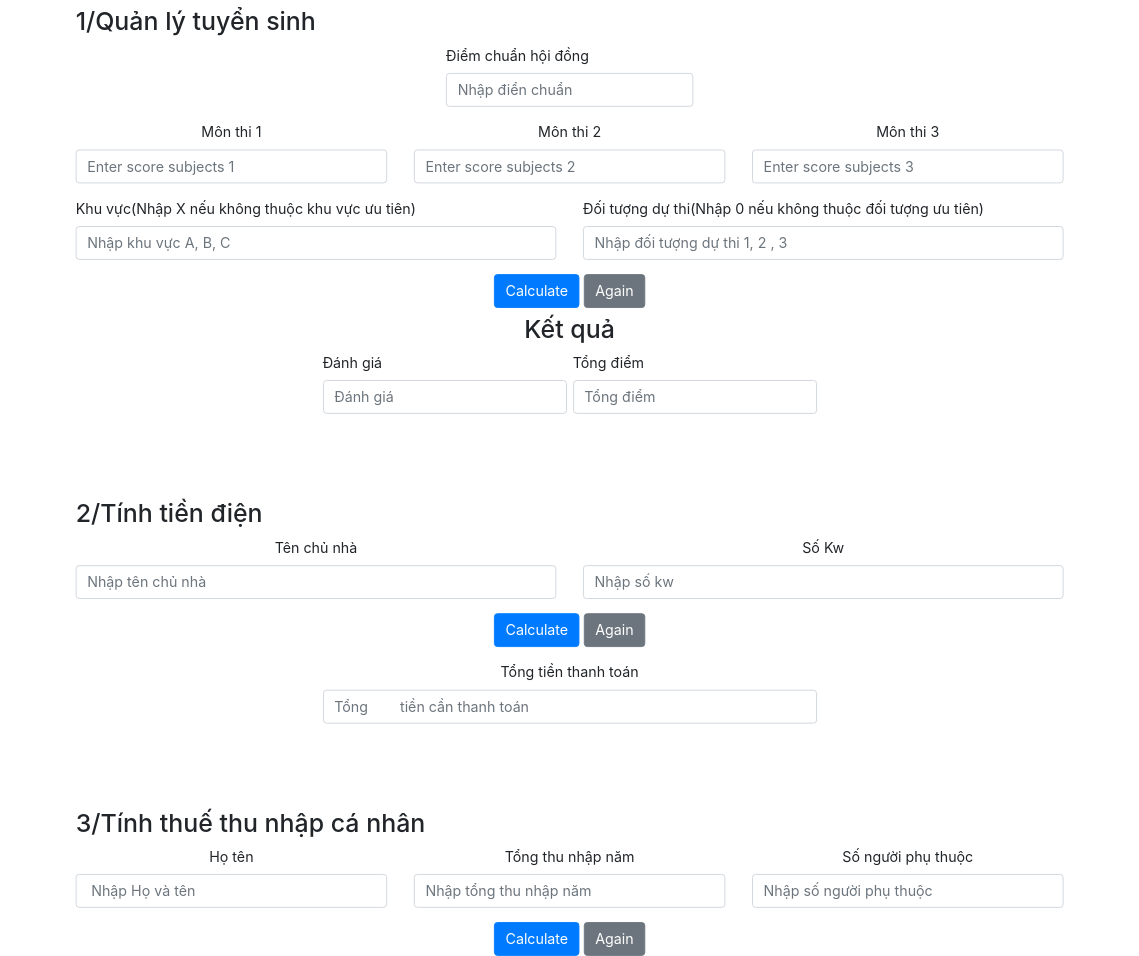
Repository: baobaodeveloper/bootcamp21__jsbasic4_HuynhAnhBao
Page: index.html
An editor plug-in stored every save of this project. The page is shown before and after the next save, followed by the edit.
The browser window is 1280 px wide. The pictures show the whole page, at 89% of full size.

Above is the page before, as saved 2022-03-13 20:34:57.

### index.html
<!DOCTYPE html>
<html lang="en">
  <head>
    <title>Exercise3</title>
    <!-- Required meta tags -->
    <meta charset="utf-8" />
    <meta
      name="viewport"
      content="width=device-width, initial-scale=1, shrink-to-fit=no"
    />

    <!-- Bootstrap CSS -->
    <link
      rel="stylesheet"
      href="https://stackpath.bootstrapcdn.com/bootstrap/4.3.1/css/bootstrap.min.css"
      integrity="sha384-ggOyR0iXCbMQv3Xipma34MD+dH/1fQ784/j6cY/iJTQUOhcWr7x9JvoRxT2MZw1T"
      crossorigin="anonymous"
    />
  </head>
  <body>
    <!-- 1/Quản lý tuyển sinh -->
    <div class="container mt-2">
      <h3>1/Quản lý tuyển sinh</h3>

      <div class="mb-3 w-25 m-auto">
        <label>Điểm chuẩn hội đồng</label>
        <input
          type="number"
          class="form-control"
          id="score"
          placeholder="Nhập điển chuẩn"
        />
      </div>

      <div class="row mt-3 text-center">
        <div class="col">
          <label>Môn thi 1</label>
          <input
            type="number"
            class="form-control"
            id="score1"
            placeholder="Enter score subjects 1"
          />
        </div>
        <div class="col">
          <label>Môn thi 2</label>
          <input
            type="number"
            class="form-control"
            id="score2"
            placeholder="Enter score subjects 2"
          />
        </div>
        <div class="col">
          <label>Môn thi 3</label>
          <input
            type="number"
            class="form-control"
            id="score3"
            placeholder="Enter score subjects 3"
          />
        </div>
      </div>

      <div class="row mt-3">
        <div class="col">
          <label>Khu vực(Nhập X nếu không thuộc khu vực ưu tiên)</label>
          <input
            type="text"
            class="form-control"
            placeholder="Nhập khu vực A, B, C"
            id="area"
          />
        </div>
        <div class="col">
          <label
            >Đối tượng dự thi(Nhập 0 nếu không thuộc đối tượng ưu tiên)</label
          >
          <input
            type="number"
            class="form-control"
            placeholder="Nhập đối tượng dự thi 1, 2 , 3"
            id="object"
          />
        </div>
      </div>

      <div class="text-center mt-3">
        <button type="button" class="btn btn-primary" id="scoreBtn">
          Calculate
        </button>
        <button type="button" class="btn btn-secondary" id="score-btn-again">
          Again
        </button>
      </div>

      <h3 class="text-center mt-2">Kết quả</h3>

      <div class="mb-3 w-50 d-flex m-auto justify-content-between">
        <div>
          <label>Đánh giá</label>
          <input
            type="email"
            class="form-control"
            placeholder="Đánh giá"
            id="evaluate"
          />
        </div>

        <div>
          <label>Tổng điểm</label>
          <input
            type="email"
            class="form-control"
            placeholder="Tổng điểm"
            id="total-score"
          />
        </div>
      </div>
    </div>

    <!-- 2/Tính tiền điện -->
    <div class="container mt-lg-5 pt-5">
      <h3>2/Tính tiền điện</h3>
      <div class="row text-center">
        <div class="col">
          <label class="form-label">Tên chủ nhà</label>
          <input
            type="text"
            class="form-control"
            id="host"
            placeholder="Nhập tên chủ nhà"
          />
        </div>
        <div class="col">
          <label class="form-label">Số Kw</label>
          <input
            type="number"
            id="number-kw"
            class="form-control"
            placeholder="Nhập số kw"
          />
        </div>
      </div>

      <div class="text-center mt-3">
        <button type="button" class="btn btn-primary" id="electricBill">
          Calculate
        </button>
        <button type="button" class="btn btn-secondary" id="electricbill-again">
          Again
        </button>
      </div>

      <div class="w-50 m-auto pt-3 text-center">
        <label class="form-label">Tổng tiền thanh toán</label>
        <input
          type="text"
          class="form-control"
          id="total-pay"
          placeholder="Tổng
        tiền cần thanh toán"
        />
      </div>
    </div>

    <!-- 3/Tính thuế thu nhập cá nhân -->
    <div class="container mt-lg-5 pt-5">
      <h3>3/Tính thuế thu nhập cá nhân</h3>
      <div class="row text-center">
        <div class="col">
          <label class="form-label">Họ tên</label>
          <input
            type="text"
            class="form-control"
            id="host"
            placeholder=" Nhập Họ và tên"
          />
        </div>
        <div class="col">
          <label class="form-label">Tổng thu nhập năm</label>
          <input
            type="number"
            id="number-kw"
            class="form-control"
            placeholder="Nhập tổng thu nhập năm"
          />
        </div>
        <div class="col">
          <label class="form-label">Số người phụ thuộc</label>
          <input
            type="number"
            id="number-kw"
            class="form-control"
            placeholder="Nhập số người phụ thuộc"
          />
        </div>
      </div>

      <div class="text-center mt-3">
        <button type="button" class="btn btn-primary" id="electricBill">
          Calculate
        </button>
        <button type="button" class="btn btn-secondary" id="electricbill-again">
          Again
        </button>
      </div>
    </div>
    <!-- Optional JavaScript -->
    <!-- jQuery first, then Popper.js, then Bootstrap JS -->
    <script
      src="https://code.jquery.com/jquery-3.3.1.slim.min.js"
      integrity="sha384-q8i/X+965DzO0rT7abK41JStQIAqVgRVzpbzo5smXKp4YfRvH+8abtTE1Pi6jizo"
      crossorigin="anonymous"
    ></script>
    <script
      src="https://cdnjs.cloudflare.com/ajax/libs/popper.js/1.14.7/umd/popper.min.js"
      integrity="sha384-UO2eT0CpHqdSJQ6hJty5KVphtPhzWj9WO1clHTMGa3JDZwrnQq4sF86dIHNDz0W1"
      crossorigin="anonymous"
    ></script>
    <script
      src="https://stackpath.bootstrapcdn.com/bootstrap/4.3.1/js/bootstrap.min.js"
      integrity="sha384-JjSmVgyd0p3pXB1rRibZUAYoIIy6OrQ6VrjIEaFf/nJGzIxFDsf4x0xIM+B07jRM"
      crossorigin="anonymous"
    ></script>

    <!-- <script src="exercise1.js"></script> -->
    <script src="exercise2.js"></script>
  </body>
</html>

### exercise2.js
const host = document.getElementById("host");
const numberKw = document.getElementById("number-kw");
const calculateElectricBill = document.getElementById("electricBill");
const calculateElectricBillAgain =
  document.getElementById("electricbill-again");
const totalPay = document.getElementById("total-pay");

calculateElectricBill.addEventListener("click", () => {
  if (!host || !numberKw || numberKw < 0) return;
  const numberKwValue = +numberKw.value;
  const totalMoneyPay = calculatekw(numberKwValue);
  console.log(totalMoneyPay);
  totalPay.value = `${host.value} bạn phải thanh toán ${Intl.NumberFormat(
    "vi-VN",
    {
      style: "currency",
      currency: "VND",
    }
  ).format(totalMoneyPay)}`;
});

const calculatekw = (numKw) => {
  if (numKw <= 50) {
    return numKw * 500;
  } else if (numKw <= 100) {
    return 50 * 500 + (numKw - 50) * 650;
  } else if (numKw <= 200) {
    return 50 * (500 + 650) + (numKw - 100) * 850;
  } else if (numKw <= 350) {
    return 50 * (500 + 650) + 100 * 850 + (numKw - 200) * 1100;
  } else {
    return 50 * (500 + 650) + 100 * 850 + 150 * 1100 + (numKw - 350) * 1300;
  }
};

calculateElectricBillAgain.addEventListener("click", () => {
  totalPay.value = "";
  host.value = "";
  numberKw.value = "";
});

Loaded but not shown: exercise3.js (no stored copy; drawn as an empty file)

After the next save:
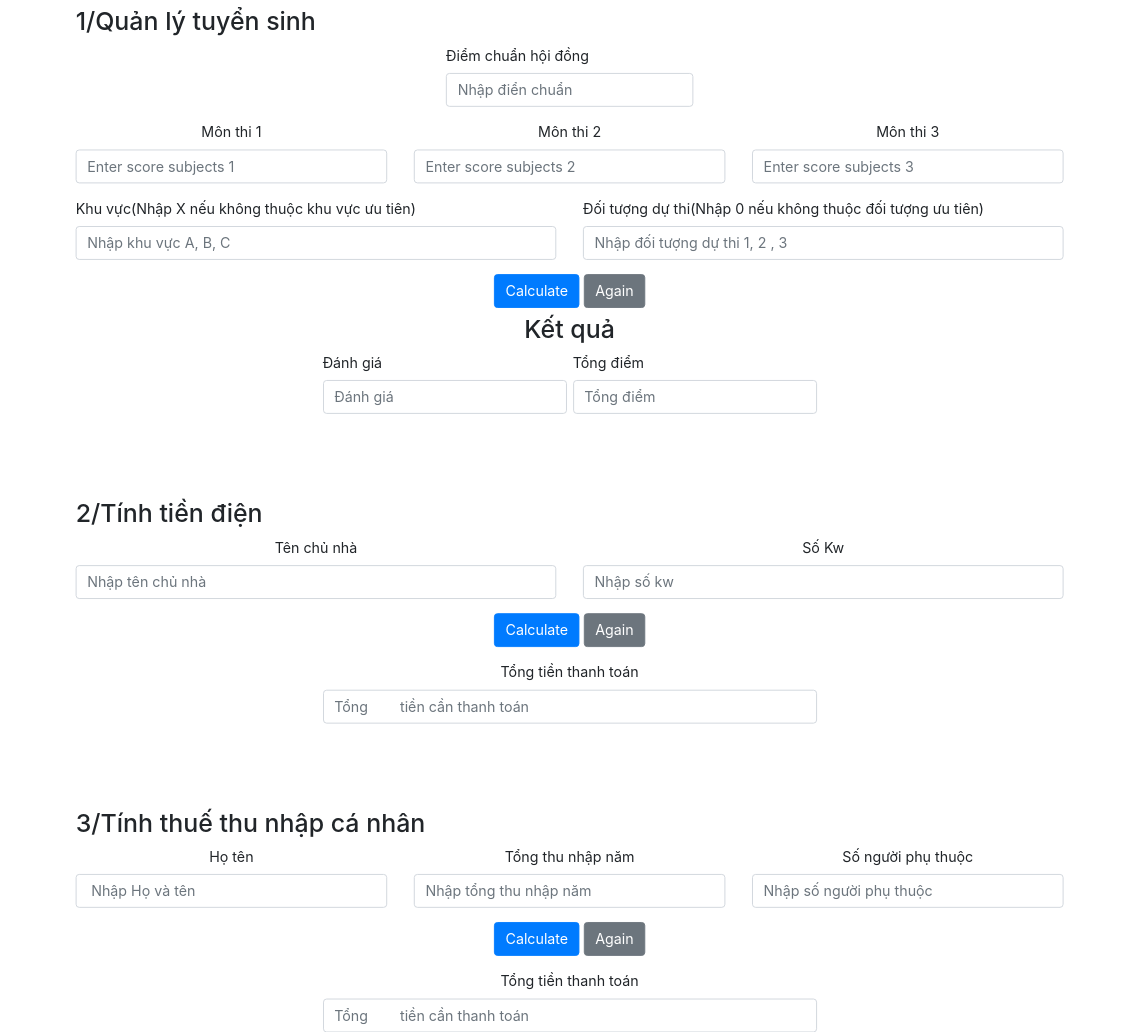
Saved 32 s later.
--- a/index.html
+++ b/index.html
@@ -205,6 +205,17 @@
           Again
         </button>
       </div>
+
+      <div class="w-50 m-auto pt-3 text-center">
+        <label class="form-label">Tổng tiền thanh toán</label>
+        <input
+          type="text"
+          class="form-control"
+          id="total-pay"
+          placeholder="Tổng
+        tiền cần thanh toán"
+        />
+      </div>
     </div>
     <!-- Optional JavaScript -->
     <!-- jQuery first, then Popper.js, then Bootstrap JS -->
@@ -225,6 +236,7 @@
     ></script>
 
     <!-- <script src="exercise1.js"></script> -->
-    <script src="exercise2.js"></script>
+    <!-- <script src="exercise2.js"></script> -->
+    <script src="exercise3.js"></script>
   </body>
 </html>
